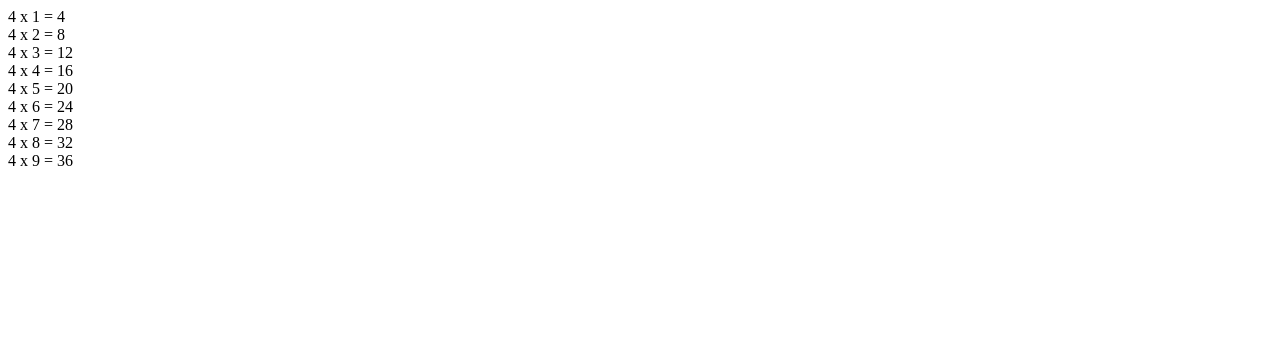
Repository: bbseok97/HTML
Page: http://localhost/jspbasic/01.scriptlet02.jsp
These files come from the project's save history. The page is drawn as it stood at one moment and after the next save; the edit follows.
The browser window is 1280 px wide. The pictures show the whole page.
The page is served by Tomcat 9. Other server files are loaded and not shown.

Above is the page before, as saved 2024-04-04 07:16:32.

### jspbasic/src/main/webapp/01.scriptlet02.jsp
<%@ page language="java" contentType="text/html; charset=UTF-8"
    pageEncoding="UTF-8"%>
<!DOCTYPE html>
<html>
	<head>
		<meta charset="UTF-8">
		<title>01.scriptlet02.jsp</title>
	</head>
	<body>
		<%
		//	ou.tprintln(), break를 사용하여 구구단 4단
		int i = 1;
		while(true){
			out.println(" 4 x "+i+" = "+4*i+"<br>");

			if(i == 9){
				break;
			}
			i++;
		}
		%>
	</body>
</html>

After the next save:
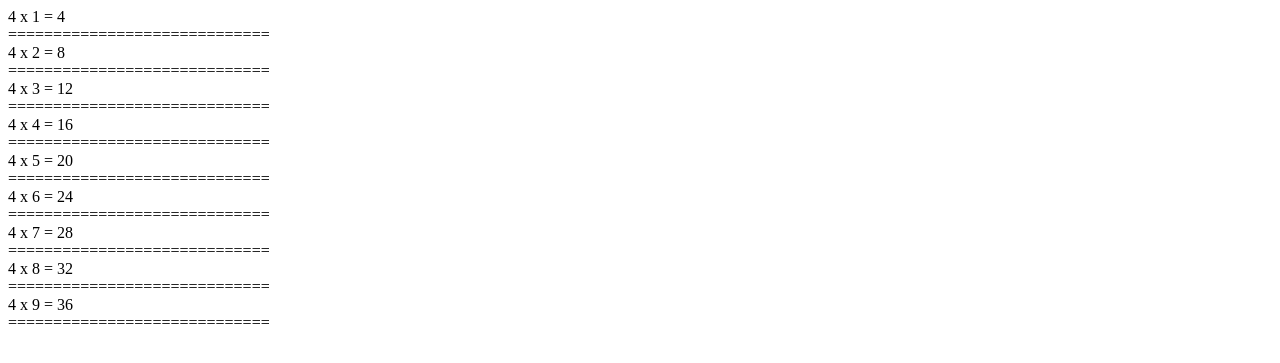
Saved 66 s later.
--- a/jspbasic/src/main/webapp/01.scriptlet02.jsp
+++ b/jspbasic/src/main/webapp/01.scriptlet02.jsp
@@ -12,7 +12,7 @@
 		int i = 1;
 		while(true){
 			out.println(" 4 x "+i+" = "+4*i+"<br>");
-
+			out.println("=============================<br>");
 			if(i == 9){
 				break;
 			}
